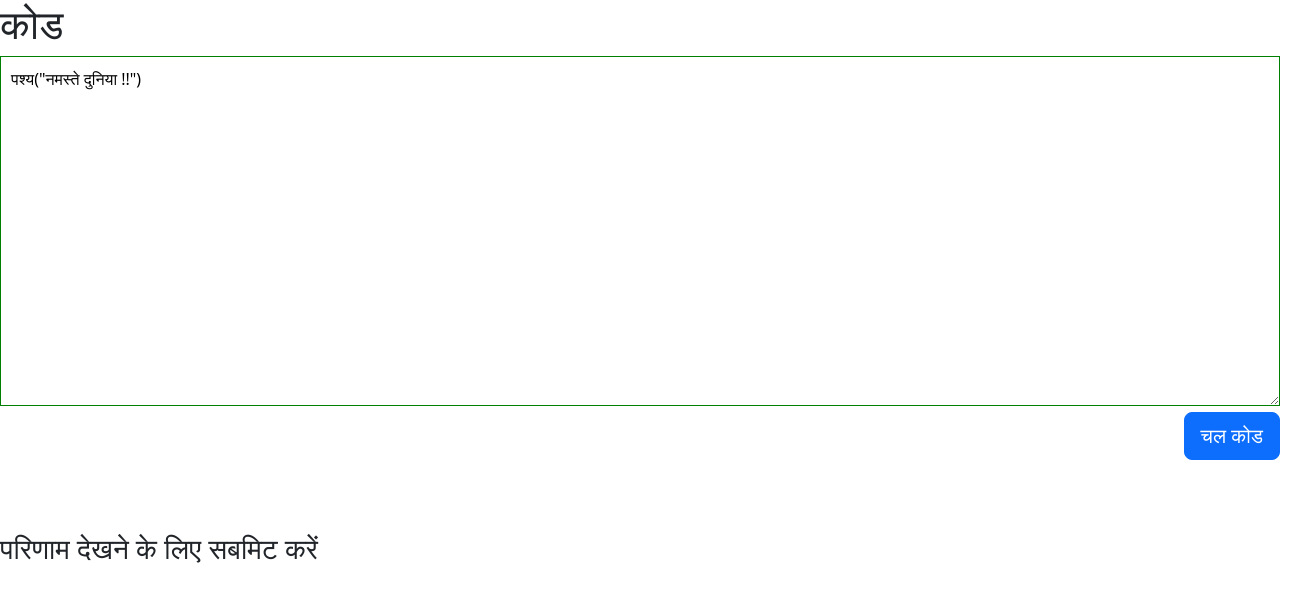
Repository: Vivek3072/webapp_shuniya_code.com
Page: /
An editor plug-in stored every save of this project. The page is shown before and after the next save, followed by the edit.
The browser window is 1280 px wide. The page is 1292 px wide, then 1280 px, so the pictures cover 1292 px, including what lies to the right of the window. The pictures show the whole page.
The project was rebuilt for these pictures with package versions that can differ from the ones it lists, and the page was loaded fresh each time. Also part of the build but not shown: src/components/Login.js, src/components/Singup.js. Imported but missing from the stored project, and not drawn on this page: src/axiosApi.

Above is the page before, as saved 2021-02-27 22:12:11.

After the next save:
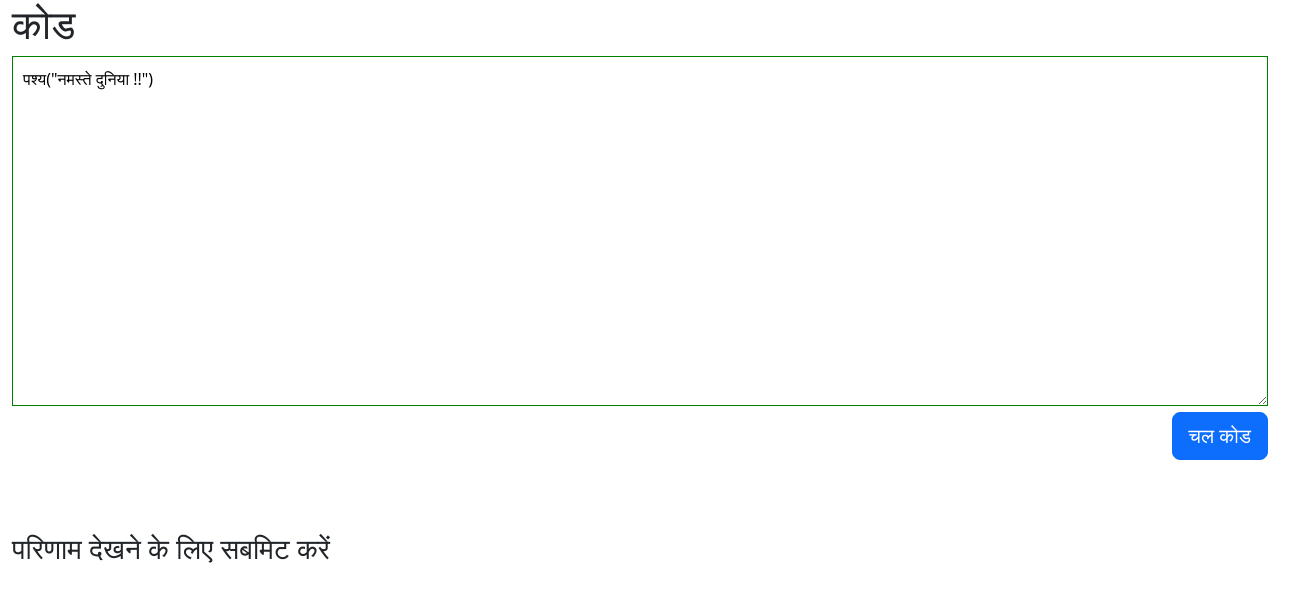
Saved 47 s later.
--- a/src/App.js
+++ b/src/App.js
@@ -39,7 +39,7 @@ class App extends Component {
         const token=localStorage.getItem('access_token');
         console.log(token)
         return (
-            <div className="Container-fluid">
+            <div className="container-fluid">
                 {/* <nav>
                 {token ? <button onClick={this.handleLogout}>Logout</button>:<Link to="/login">Login</Link> }
 
